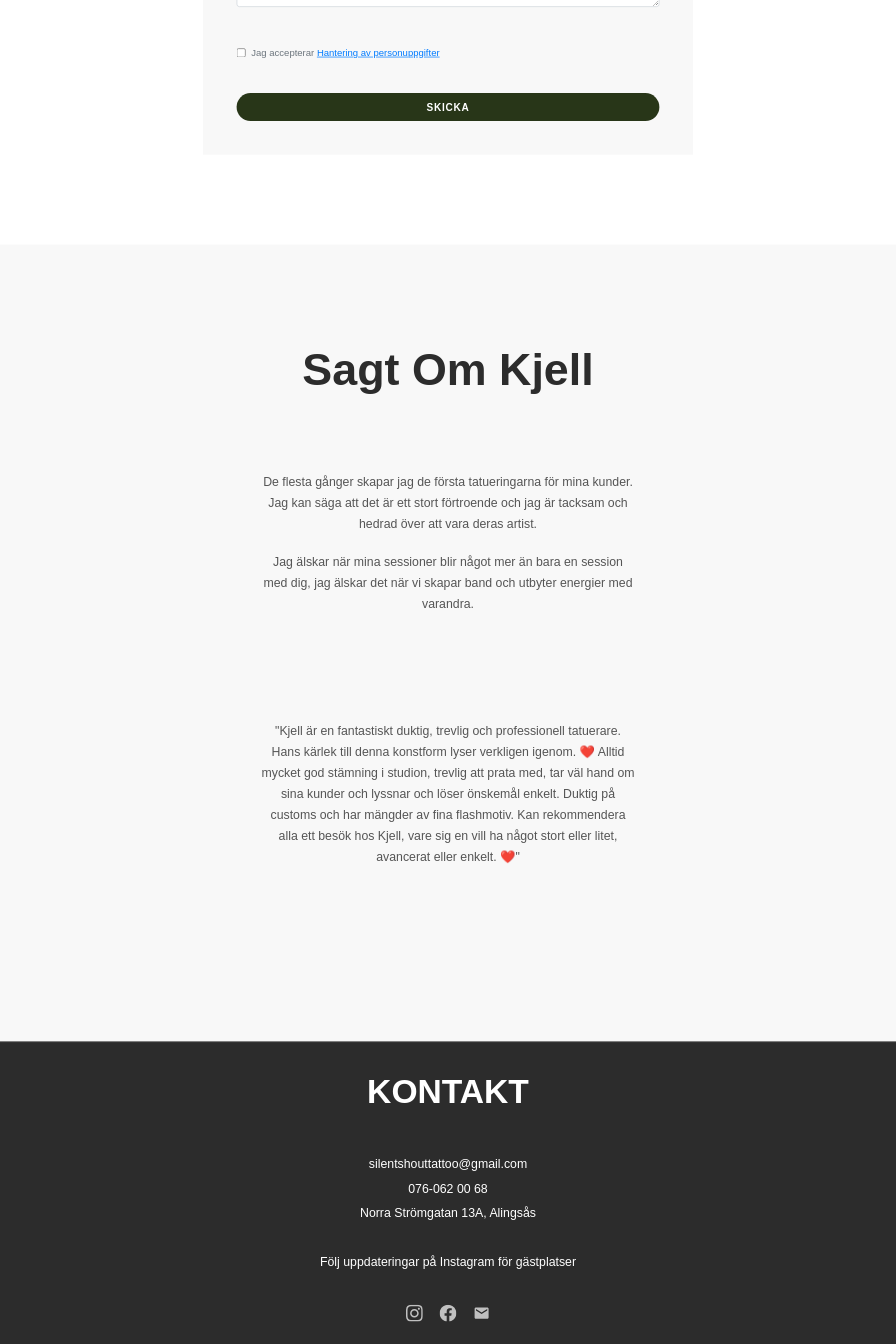
Repository: public-websites/silentshouttattoose
Page: index.html
These files come from the project's save history. The page is drawn as it stood at one moment and after the next save; the edit follows.
The browser window is 1280 px wide. The pictures show the part of the page from y = 4300 to 6220 px (the page is 6220 px tall before and 6166 px after), at 70% of full size.

Above is the page before, as saved 2025-06-26 09:19:52.

After the next save:
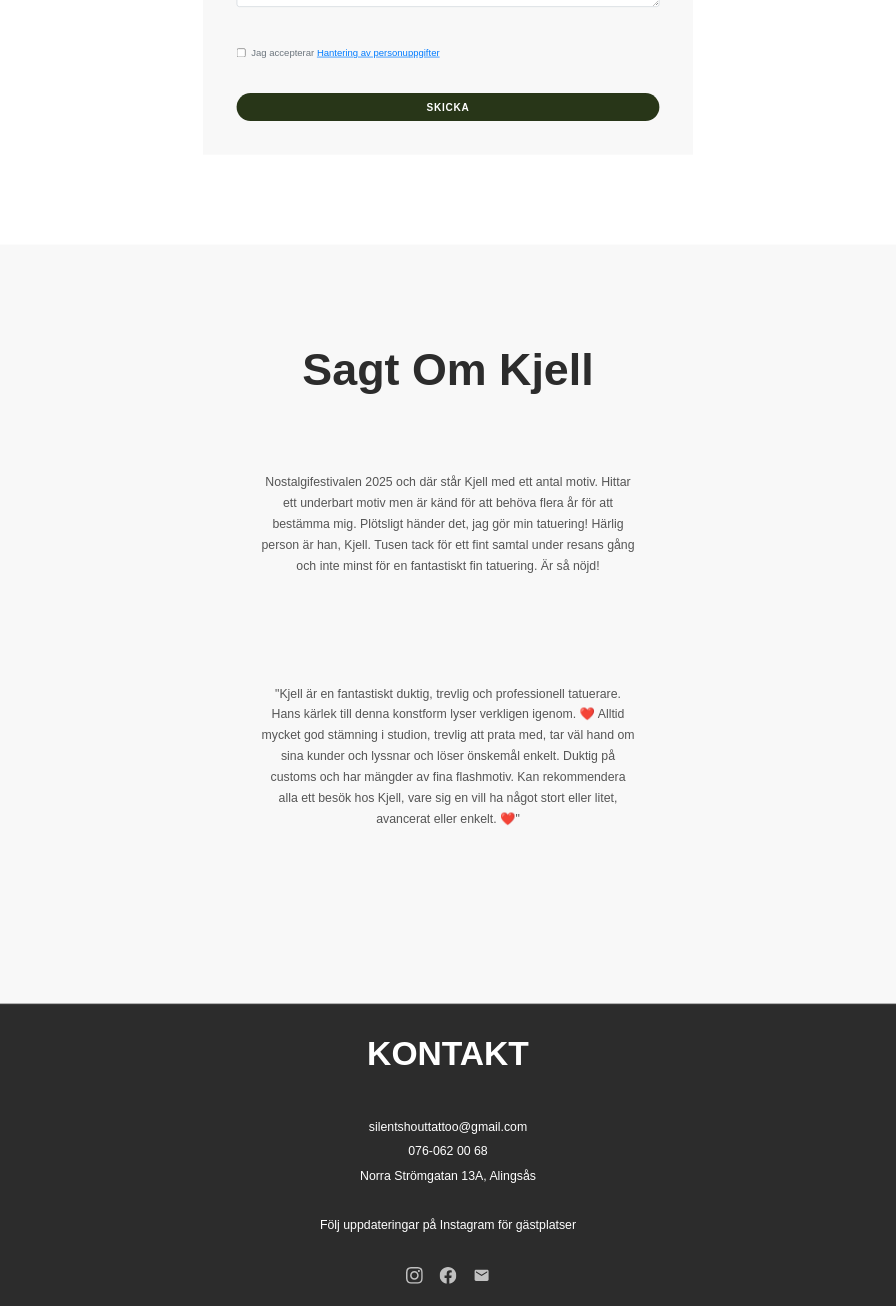
Saved 2 min 0 s later.
--- a/index.html
+++ b/index.html
@@ -210,10 +210,8 @@
 
             <div class="story-card fade-in">
                 <p>
-                    De flesta gånger skapar jag de första tatueringarna för mina kunder. Jag kan säga att det är ett stort förtroende och jag är tacksam och hedrad över att vara deras artist.
-                </p>
-                <p>
-                    Jag älskar när mina sessioner blir något mer än bara en session med dig, jag älskar det när vi skapar band och utbyter energier med varandra.
+                    Nostalgifestivalen 2025 och där står Kjell med ett antal motiv. Hittar ett underbart motiv men är känd för att behöva flera år för att bestämma mig. Plötsligt händer det, jag gör min tatuering!
+Härlig person är han, Kjell. Tusen tack för ett fint samtal under resans gång och inte minst för en fantastiskt fin tatuering. Är så nöjd!
                 </p>
             </div>
 
